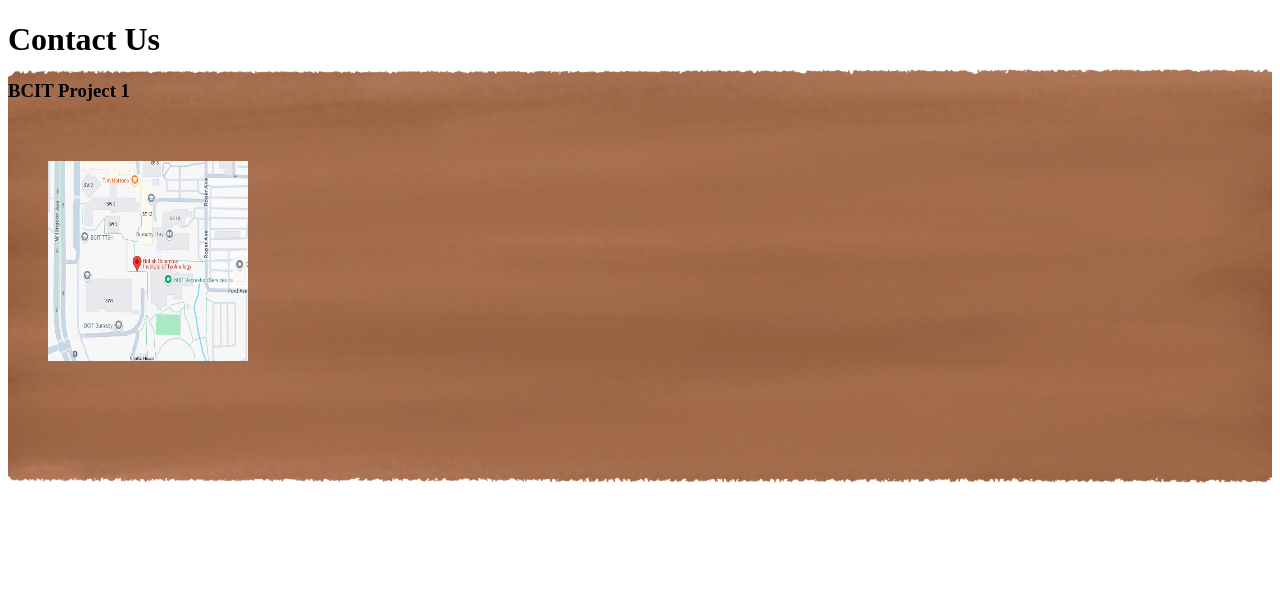
Repository: AlyssaHug/Bandit-Breakout
Page: index.html
These files come from the project's save history. The page is drawn as it stood at one moment and after the next save; the edit follows.
The browser window is 1280 px wide. The pictures show the whole page.
Some web fonts or font styles are not loaded; a fallback is used.

Above is the page before, as saved 2025-05-06 22:47:06.

After the next save:
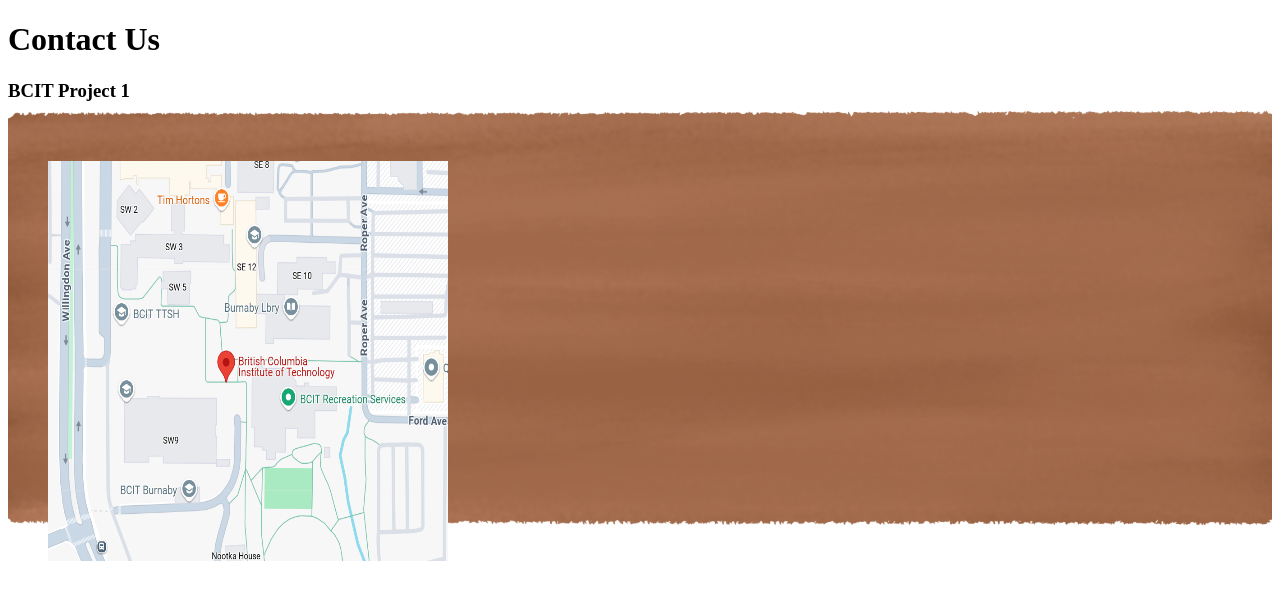
Saved 12 s later.
--- a/styles.css
+++ b/styles.css
@@ -21,8 +21,8 @@
     --font-size-caption: 11px;
 }
 .bcit-map {
-    width: 200px;
-    height: 200px;
+    width: 400px;
+    height: 400px;
     padding: 40px;
 }
 footer {
